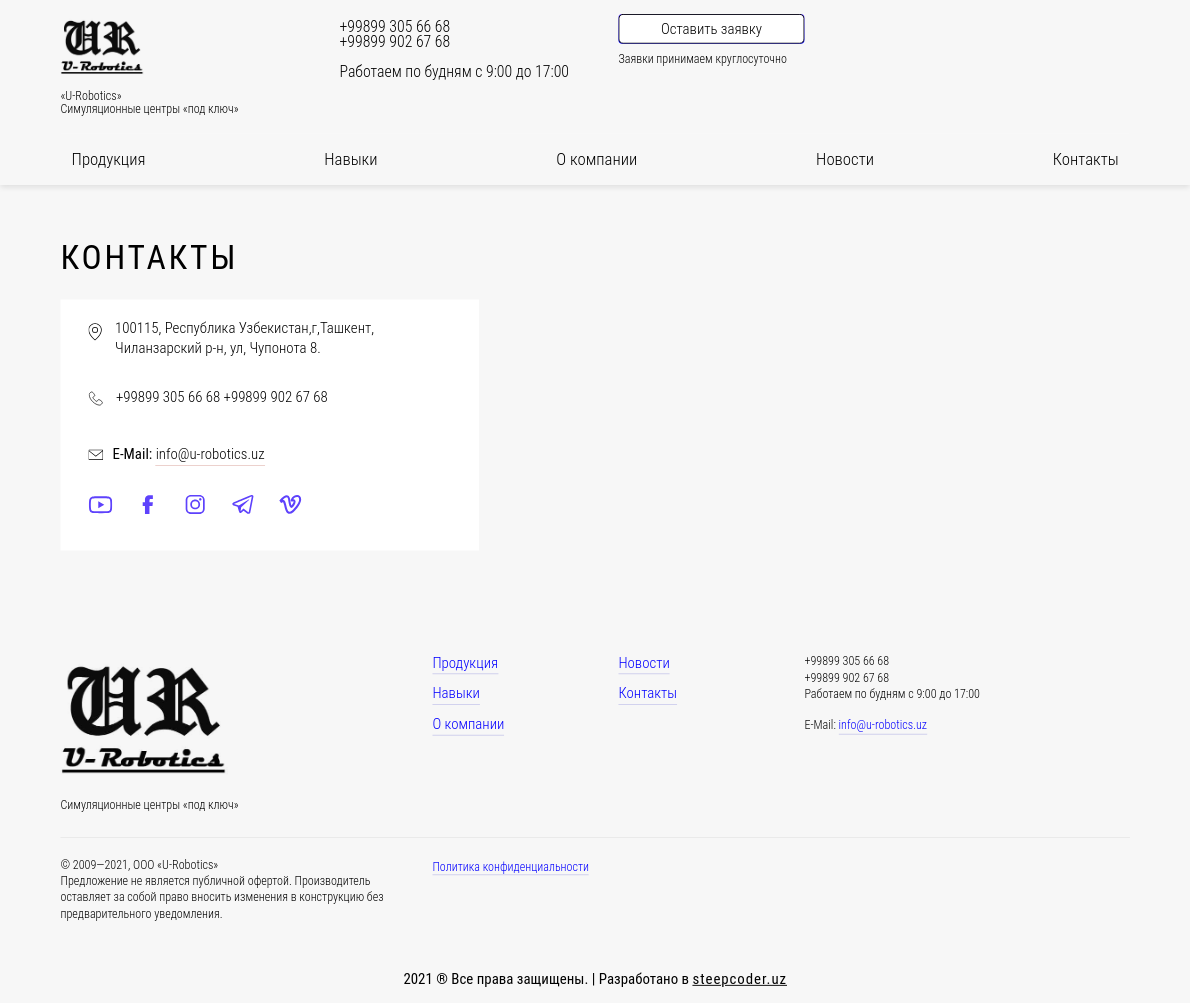
Repository: remrtehno/hotel
Page: http://localhost/contact
The author's editor kept a copy of each file at every save. The page is drawn from the files as they stood at one save, then again after the next save.
The browser window is 1280 px wide. The pictures show the whole page, at 93% of full size.
Some web fonts or font styles are not loaded; a fallback is used. The page is served by the project's Laravel application, run on PHP 8.4 with Laravel 8. Other server files are loaded and not shown. The database holds what the project's SQL file puts in it.

Above is the page before, as saved 2021-04-25 17:53:47.

### app/Providers/AppServiceProvider.php
<?php

namespace App\Providers;

use Illuminate\Support\ServiceProvider;
use App\Contact;

class AppServiceProvider extends ServiceProvider
{
    /**
     * Register any application services.
     *
     * @return void
     */
    public function register()
    {
        //
    }

    /**
     * Bootstrap any application services.
     *
     * @return void
     */
    public function boot()
    {
        view()->composer('*', function ($view) {
            $contacts = Contact::first();
            $view->with('contact_info', [
                'phone' => $contacts->phone,
                'email' => $contacts->email,
            ]);
        });
    }
}

### routes/web.php
<?php

/*
|--------------------------------------------------------------------------
| Web Routes
|--------------------------------------------------------------------------
|
| Here is where you can register web routes for your application. These
| routes are loaded by the RouteServiceProvider within a group which
| contains the "web" middleware group. Now create something great!
|
*/

Route::get('/', "MainController@index")->name("index");
Route::get('/catalog', "MainController@catalog")->name("catalog");
Route::get('/products', "MainController@products")->name("products");
Route::get('/category/{slug}', "MainController@category")->name("category");
Route::get('/detail/{slug}', "MainController@detail")->name("detail");
Route::get('/newsdetail/{slug}', "MainController@newsdetail")->name("newsdetail");
Route::get('/gallery', "MainController@gallery")->name("gallery");
Route::get('/news', "MainController@news")->name("news");
Route::get('/about', "MainController@about")->name("about");
Route::get('/video', "MainController@video")->name("video");
Route::get('/contact', "MainController@contact")->name("contact");
Route::get('/stocks', "MainController@stocks")->name("stocks");
Route::get('/services', "MainController@services")->name("services");
Route::get('/servicesdetail/{id}', "MainController@servicesdetail")->name("servicesdetail");




Route::group(['prefix'=>'admin','namespace'=>'Admin','middleware'=>'auth'], function(){

    Route::get('/', 'MainController@index');
    Route::resource('/post','ProductController');
    Route::resource('/category','CategoryController');
    Route::resource('/slider','SliderController');
    Route::resource('/services','ServicesController');
    Route::resource('/about','AboutController');
    Route::resource('/news','NewsController');
    Route::resource('/video','VideoController');
    Route::resource('/contact','ContactController');
    Route::resource('/logo','LogoController');
    Route::resource('/stock','StockController');
});

Auth::routes();

Route::get('/home', 'HomeController@index')->name('home');

### app/Contact.php
<?php

namespace App;

use Illuminate\Database\Eloquent\Model;

class Contact extends Model
{
    protected $table = "contacts";
    protected $fillable = ['email','phone','address'];



    public static function add($fields)
    {
        $post = new static;
        $post->fill($fields);
        $post->save();
        return $post;
    }

    public function edit($fields)
    {
        $this->fill($fields);
        $this->save();
    }
}

### resources/views/main/main.blade.php
<!DOCTYPE html>
<html lang="en-US">
    <head>
        <meta charset="UTF-8" />
        <meta name="viewport" content="width=device-width, initial-scale=1, maximum-scale=1">
        <meta name="keywords" content="{{ $meta_key }}">
        <meta name="description" content="{{ $meta_desc }}">


        <link rel="preconnect" href="https://fonts.gstatic.com">
        <link
            href="https://fonts.googleapis.com/css2?family=Roboto+Condensed:ital,wght@0,300;0,400;0,700;1,300&display=swap"
            rel="stylesheet">
        <link rel="icon" type="image/png" href="">
        <link href="/css/slick.css" rel="stylesheet">
        <link href="/css/slicknav.css" rel="stylesheet">
        <link href="/css/jquery.fancybox.min.css" rel="stylesheet">
        <link href="/css/styles.min.css" rel="stylesheet">
        <link href="/css/template170321.css" rel="stylesheet">
        <link rel="stylesheet" href="/css/style-new.css">

        <!--[if IE 8]>
        <link rel="stylesheet" type="text/css"
            href="/public/fazka/css/vc-ie8.css" media="screen">
        <![endif]-->
    </head>

    <body>
        @include("lib.header")

        <main>
            @yield("slider")
            @yield("userwrap")
            @yield("content")
        </main>

        @include("lib.footerinput")

        <div class="copyright" style="text-align: center; padding-bottom: 15px;">
            2021 ® Все права защищены.
            | Разработано в <a style="display: inline; color: black; letter-spacing: 1px;"
                href="http://steepcoder.uz/site"><u>steepcoder.uz</u></a>
        </div>

        <script src="js/jquery.3.2.1.min.js"></script>
        <script src="js/svg4everybody.min.js"></script>
        <script src="js/slick.min.js"></script>
        <script src="js/jquery.slicknav.js"></script>
        <script src="js/scripts.js"></script>

    </body>
</html>

### resources/views/lib/header.blade.php
<header>
    <div class="container">
        <!-- BEGIN HEADERBAR-->
        <div class="headerbar">
            <div class="headerbar__row">
                <div class="headerbar__logo">
                    <a href="">
                        <img src="/uploads/logo/logo.png" alt="">
                        <p>«U-Robotics» <br> Симуляционные центры «под ключ»</p>
                    </a>
                </div>
                <div class="headerbar__info">
                    <style>
                        .headerbar__info p {
                            font-size: 17px;
                        }
                    </style>
                    {!! $contact_info['phone'] !!}
                    <p style="margin-bottom: 15px;"></p>

                    <p>Работаем по будням с 9:00 до 17:00</p>
                </div>
                <div class="headerbar__request">
                    <a class="js-modal-show" data-target="js-request"><span>Оставить заявку</span></a>

                    <p>Заявки принимаем круглосуточно</p>
                </div>
            </div>
        </div>
        <!-- END HEADERBAR -->
        <!-- BEGIN NAVBAR -->
        <nav class="navbar wr">
            <div class="slicknav_menu"><a href="#" aria-haspopup="true" role="button" tabindex="0"
                    class="slicknav_btn slicknav_collapsed"><span class="slicknav_menutxt"></span><span
                        class="slicknav_icon slicknav_no-text"><span class="slicknav_icon-bar"></span><span
                            class="slicknav_icon-bar"></span><span class="slicknav_icon-bar"></span></span></a>
                <ul class="slicknav_nav slicknav_hidden" aria-hidden="true" role="menu" style="display: none;">
                    <li><a href="{{ route('products') }}" role="menuitem" tabindex="-1">Продукция</a></li>
                    <li><a href="#skill" class="js-anchor">Навыки</a></li>
                    <li><a href="{{ route('about') }}">О компании</a></li>
                    <li><a href="{{ route('news') }}">Новости</a></li>
                    <li><a href="{{ route('contact') }}">Контакты</a></li>
                </ul>
            </div>
            <ul class="navbar__menu">
                <li><a href="{{ route('products') }}">Продукция</a></li>
                <li><a href="#skill" class="js-anchor">Навыки</a></li>
                <li><a href="{{ route('about') }}">О компании</a></li>
                <li><a href="{{ route('news') }}">Новости</a></li>
                <li><a href="{{ route('contact') }}">Контакты</a></li>
            </ul>
        </nav>
        <!-- END NAVBAR  -->
    </div>
</header>

### resources/views/lib/footerinput.blade.php
<footer class="footer-noborder">
    <div class="container">
        <!-- BEGIN FOOTERBAR-->
        <section class="footerbar">
            <div class="footerbar__row">
                <div class="footerbar__logo">
                    <a href="">
                        <img src="img/logo.jpg" alt="">
                        <p> Симуляционные центры «под ключ»</p>
                    </a>

                </div>

                <div class="footerbar__menu">
                    <ul>
                        <li><a href="{{ route('products') }}">Продукция</a></li>
                        <li><a href="#skill" class="js-anchor">Навыки</a></li>
                        <li><a href="{{ route('about') }}">О компании</a></li>
                        <li><a href="{{ route('news') }}">Новости</a></li>
                        <li><a href="{{ route('contact') }}">Контакты</a></li>
                    </ul>

                </div>
                <div class="footerbar__contacts">
                    {!! $contact_info['phone'] !!}
                    <p>Работаем по будням с 9:00 до 17:00</p>
                    {!! $contact_info['email'] !!}

                </div>
            </div>
        </section>
        <!-- END FOOTERBAR -->
        <!-- BEGIN BOTTOM-->
        <div class="bottom">
            <div class="bottom__row">
                <div class="bottom__copyright">
                    <span>© 2009—2021, ООО «U-Robotics»</span>
                    <br>
                    <span>Предложение не является публичной офертой. Производитель оставляет за собой право вносить
                        изменения в конструкцию без предварительного уведомления.</span>
                </div>
                <div class="bottom__privacy">
                    <a href="politika-konfidencialnosti.html">Политика конфиденциальности</a>
                </div>
            </div>
        </div>
        <!-- END BOTTOM -->
    </div>
</footer>
<!-- BEGIN MODAL-->
<div class="modal  js-modal" id="js-request">
    <p class="modal__title">Обратная связь</p>
    <!-- BEGIN FORM -->
    <form class="form" action="" enctype="multipart/form-data">
        <div class="FLresult form__group"></div>
        <div class="form__group">
            <input type="text" name="ФИО" placeholder="ФИО" required="">
        </div>
        <div class="form__group">
            <input class="phone" type="tel" placeholder="Телефон" name="Телефон" required="">
        </div>
        <div class="form__group">
            <input type="email" name="Почта" placeholder="Эл. почта" required="">
        </div>
        <div class="form__group">
            <input type="text" name="Город и место работы" placeholder="Город и место работы">
        </div>
        <div class="form__group">
            <input type="text" name="Тема сообщения" placeholder="Тема">
        </div>
        <div class="form__group">
            <textarea name="Текст сообщения" placeholder="Текст"></textarea>
        </div>
        <div class="form__file">
            <label>
                <input type="file" name="attachment">
                <span>
                    <svg>
                        <use xlink:href="img/sprite.svg#file"></use>
                    </svg>
                    Прикрепить файл
                </span>
            </label>
            <input type="text" id="filename" class="filename" disabled="">
            <button class="file-remove">
                <svg>
                    <use xlink:href="img/sprite.svg#close"></use>
                </svg>
            </button>
        </div>
        <div class="form__checkbox">
            <input type="checkbox" name="agree" id="agree" checked="" required="">
            <label for="agree">
                <span>Нажимая кнопку «Отправить», я соглашаюсь на <a
                        href="soglashenie-ob-obrabotke-personalnyh-dannyh.html">обработку персональных данных</a></span>
                <svg>
                    <use xlink:href="img/sprite.svg#check"></use>
                </svg>
            </label>
        </div>
        <input type="hidden" name="formid" value="basic" data-fl-name="Форма">
        <button class="form__submit FLajax" type="submit" data-fl-theme="Сообщение с сайта U-robotics"><span>Отправить
                сообщение</span></button>
    </form>
    <!-- END FORM -->
    <a href="#" class="modal__close  js-modal-close">✖</a>
</div>
<!-- END MODAL -->

### public/css/template170321.css
.page-title h1 {
	text-transform: uppercase;
	font-size: 36px;
	letter-spacing: 3px;
}

.has-error {
	border: 1px solid red!important;
}

.search_title {
	padding: 10px 10px 10px 16px;
	background-color: #fff;
}

.search_title a {
	color: #5e42fc;
	border-bottom: 1px solid rgba(143, 11, 11, .2);
	-webkit-transition: all .3s linear;
	transition: all .3s linear;
	font-size: 18px;
	font-weight: 300;
}

.search_extract {
	padding: 0px 10px 10px 16px;
	background-color: #fff;
}

.evoSearch_info {
	padding: 15px 10px 15px 16px;
	background-color: #fff;
	margin-bottom: 20px;
	font-size: 20px;
}

.js-modal-show {
	cursor: pointer;
}

.other-feedback {
	margin-top: 20px;
}

.product__txt a {
	color: #5e42fc;
	border-bottom: 1px solid #5e42fc;
	-webkit-transition: all .3s linear;
	transition: all .3s linear;
	font-size: 18px;
	font-weight: 300;
}

.filter__hidden,
.form__checkbox {
	transition: all .3s linear;
}

.product__header-center {
	box-sizing: border-box;
	margin-left: 25px;
	margin-right: 25px;
	word-wrap: break-word;
}

.product__txt ul li {
	list-style-type: disc;
	list-style-position: outside;
	margin-left: 20px;
}

.product__txt ol li {

}

.product__txt ol {
	padding-left: inherit;
}
.banner__caption {
	display: flex;
	align-items: center;
	justify-content: center;
	padding-top: initial;
	top: -20px;
}
.banner__txt{
	font-size: 35px;
}

.news__desc h3 {
    min-height: 90px;
}

.social ul {
    margin: 30px 0 0;
    padding: 0;
    list-style: none;
    display: -webkit-box;
    display: -ms-flexbox;
    display: flex;
    -webkit-box-align: center;
    -ms-flex-align: center;
    align-items: center;
    -webkit-box-pack: end;
    -ms-flex-pack: end;
    justify-content: start;
}
.social ul li:first-child {
    margin-left: 0;
}
.social ul li {
    margin-left: 25px;
}
.social ul li a {
    display: block;
    width: 26px;
    height: 21px;
}
.social ul li a svg {
    width: 100%;
    height: 100%;
    fill: #5e42fc;
    -webkit-transition: .3s linear;
    transition: .3s linear;
}
.social ul li a:hover svg {
    fill: #5e42fc;
		opacity: 0.7;
}

.contacts__map {
    height: 270px;
}

@media screen and (max-width: 1199px){
	.banner__txt {
		font-size: 38px;

	}
	.social ul {
    -webkit-box-pack: center;
    -ms-flex-pack: center;
    justify-content: center;
}
}

@media screen and (max-width: 991px){
	.banner__txt {

		font-size: 32px;
	}
}

### public/css/style-new.css
* {
    outline: none;
}

.footerbar__logo img {
    mix-blend-mode: multiply;
}

.headerbar__logo img {
    mix-blend-mode: multiply;
    width: 90px;
}

header {
    color: black;
    background: none;
}

header * {
    color: #000000 !important;
}

.headerbar__info a,
.headerbar__info p {
    color: black;
}

.headerbar__request a span {
    background-color: white;
    border: 1px solid #000;
    border-radius: 5px;
}

.criteria__item svg {
    fill: black;
}

.headerbar__logo {
    padding-top: 0;
}

.wrapper {
    height: 100%;
    display: flex;
    justify-content: center;
    align-items: center;
}

@media (max-width: 767px) {
    .wrapper {
        padding: 50px 10px;
    }
}

/* Основные стили */

/* Слайдер */

.slick-slider {
    min-width: 0;
}

/* Ограничивающая оболочка */

.slick-list {
    overflow: hidden;
}

/* Лента слайдов */

.slick-track {
    display: flex;
    align-items: flex-start;
}

/* Слайд */

.slick-slide {
}

/* Слайд активный */

.slick-slide.slick-active {
}

/* Слайд основной */

.slick-slide.slick-current {
}

/* Слайд по центру */

.slick-slide.slick-center {
}

/* Стрелка */

.slick-arrow {
}

/* Стрелка влево */

.slick-arrow.slick-prev {
}

/* Стрелка вправо */

.slick-arrow.slick-next {
}

/* Стрелка не активная */

.slick-arrow.slick-disabled {
}

/* Точки */

.slick-dots {
}

.slick-dots li {
}

.slick-dots button {
}

/* Конкретный слайдер */

.slider {
    position: relative;
}

.slider .slick-arrow {
    position: absolute;
    top: 50%;
    margin: -30px 0px 0px 0px;
    z-index: 10;
    font-size: 0;
    width: 30px;
    height: 60px;
    border: 0;
    outline: none;
    cursor: pointer;
}

.slider .slick-arrow.slick-prev {
    left: 15px;
    background: url("../img/sl-arrow_l.svg") 0 0 / 65% no-repeat;
}

.slider .slick-arrow.slick-next {
    right: 15px;
    background: url("../img/sl-arrow_r.svg") 0 0 / 65% no-repeat;
}

.slider .slick-arrow.slick-disabled {
    opacity: 0.2;
}

.slider .slick-dots {
    display: flex;
    align-items: center;
    justify-content: center;
}

.slider .slick-dots li {
    list-style: none;
    margin: 0px 10px;
}

.slider .slick-dots button {
    font-size: 0;
    width: 10px;
    height: 10px;
    background-color: #fff;
    border-radius: 50%;
    border: 0;
}

.slider .slick-dots li.slick-active button {
    background-color: transparent;
    border: 1px solid #fff;
}

.slider__item img {
    max-width: 100%;
}

.slider__item.slick-center {
}

@media (max-width: 992px) {
    .slicknav_menu:nth-child(2) {
        display: none;
    }
}
@media (min-width: 992px) {
    .product-container {
        display: grid;
        grid-template-columns: 270px 1fr;
        grid-template-rows: 1fr;
        gap: 30px 30px;
    }
}



.form__checkbox label::before {

}

### med.sql (the tables this page reads)
CREATE TABLE `contacts` (
  `id` bigint(20) UNSIGNED NOT NULL,
  `email` text COLLATE utf8mb4_unicode_ci NOT NULL,
  `phone` text COLLATE utf8mb4_unicode_ci NOT NULL,
  `address` text COLLATE utf8mb4_unicode_ci NOT NULL,
  `map` text COLLATE utf8mb4_unicode_ci,
  `created_at` timestamp NULL DEFAULT NULL,
  `updated_at` timestamp NULL DEFAULT NULL
) ENGINE=InnoDB DEFAULT CHARSET=utf8mb4 COLLATE=utf8mb4_unicode_ci;

INSERT INTO `contacts` (`id`, `email`, `phone`, `address`, `map`, `created_at`, `updated_at`) VALUES
(1, '<p>E-Mail: <a href=\"mailto:alan-tailor@inbox.ru\"> <strong> </strong></a><a href=\"mailto:info@urobotics.uz\">info@u-robotics.uz</a><a href=\"mailto:alan-tailor@inbox.ru\"><strong> </strong> </a></p>', '<p>+99899 305 66 68</p>\r\n\r\n<p>+99899 902 67 68</p>', '<p>100115, Республика Узбекистан,г,Ташкент, Чиланзарский р-н, ул, Чупонота 8.</p>', '{\"id\":\"1\",\"lat\":41.27600399641173,\"lng\":69.22133012340393}', NULL, '2021-05-04 07:38:21');

ALTER TABLE `contacts`
  ADD PRIMARY KEY (`id`);

ALTER TABLE `contacts`
  MODIFY `id` bigint(20) UNSIGNED NOT NULL AUTO_INCREMENT, AUTO_INCREMENT=2;

Loaded but not shown: app/Http/Controllers/Auth/LoginController.php (common file); app/Http/Controllers/Controller.php (common file); public/css/slick.css (common file); public/css/slicknav.css (common file); public/css/jquery.fancybox.min.css (library); public/css/styles.min.css (library); public/js/jquery.3.2.1.min.js (library); public/js/svg4everybody.min.js (common file); public/js/slick.min.js (library); public/js/jquery.slicknav.js (library); public/img/sprite.svg (134 lines, source omitted); public/img/media.svg (21 lines, source omitted); public/js/scripts.js (128 lines, source omitted); resources/views/contact/index.blade.php (729 lines, source omitted); app/Http/Controllers/MainController.php (203 lines, source omitted)

After the next save:
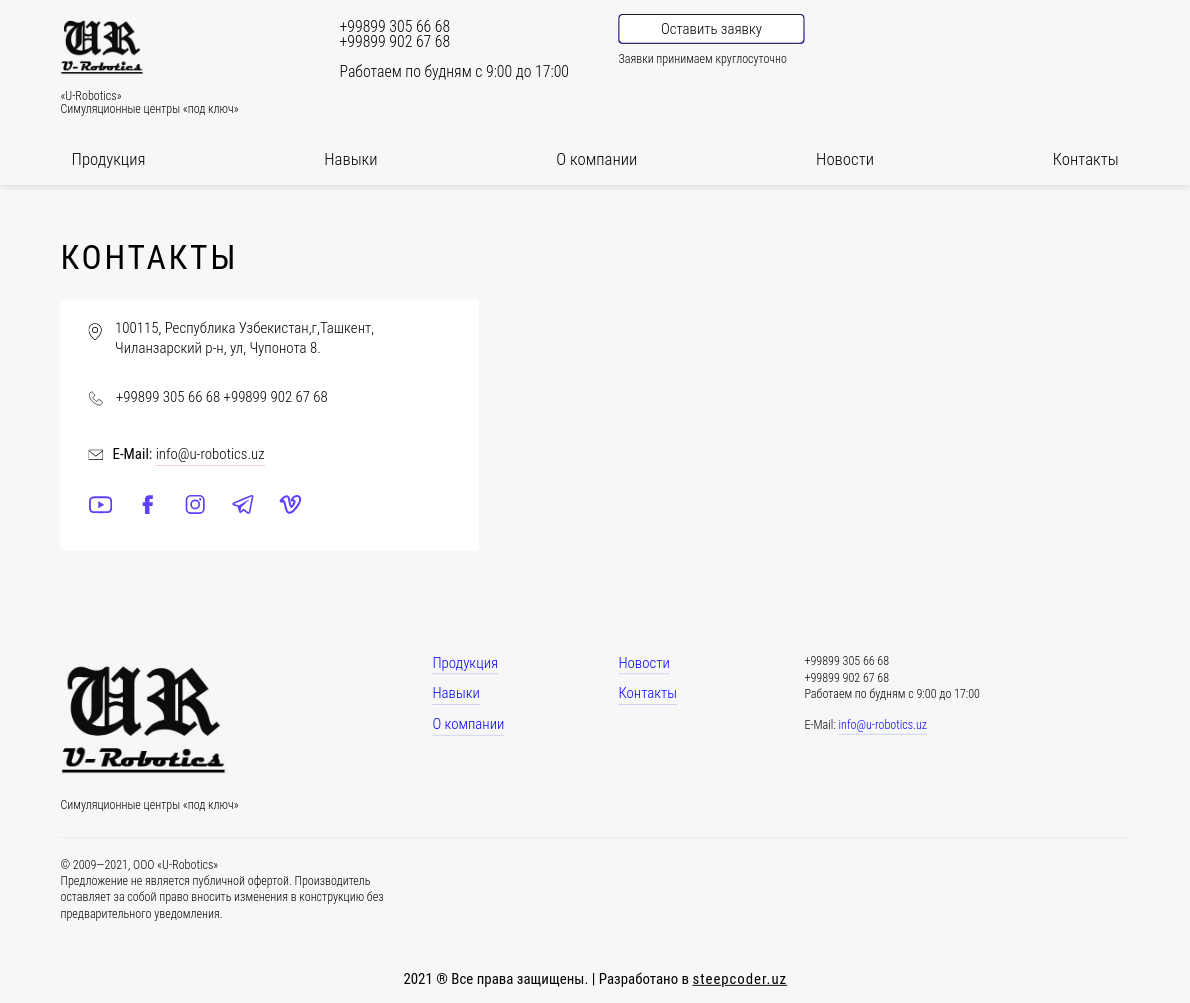
Saved 3 min 29 s later.
--- a/resources/views/lib/footerinput.blade.php
+++ b/resources/views/lib/footerinput.blade.php
@@ -40,7 +40,7 @@
                         изменения в конструкцию без предварительного уведомления.</span>
                 </div>
                 <div class="bottom__privacy">
-                    <a href="politika-konfidencialnosti.html">Политика конфиденциальности</a>
+
                 </div>
             </div>
         </div>
